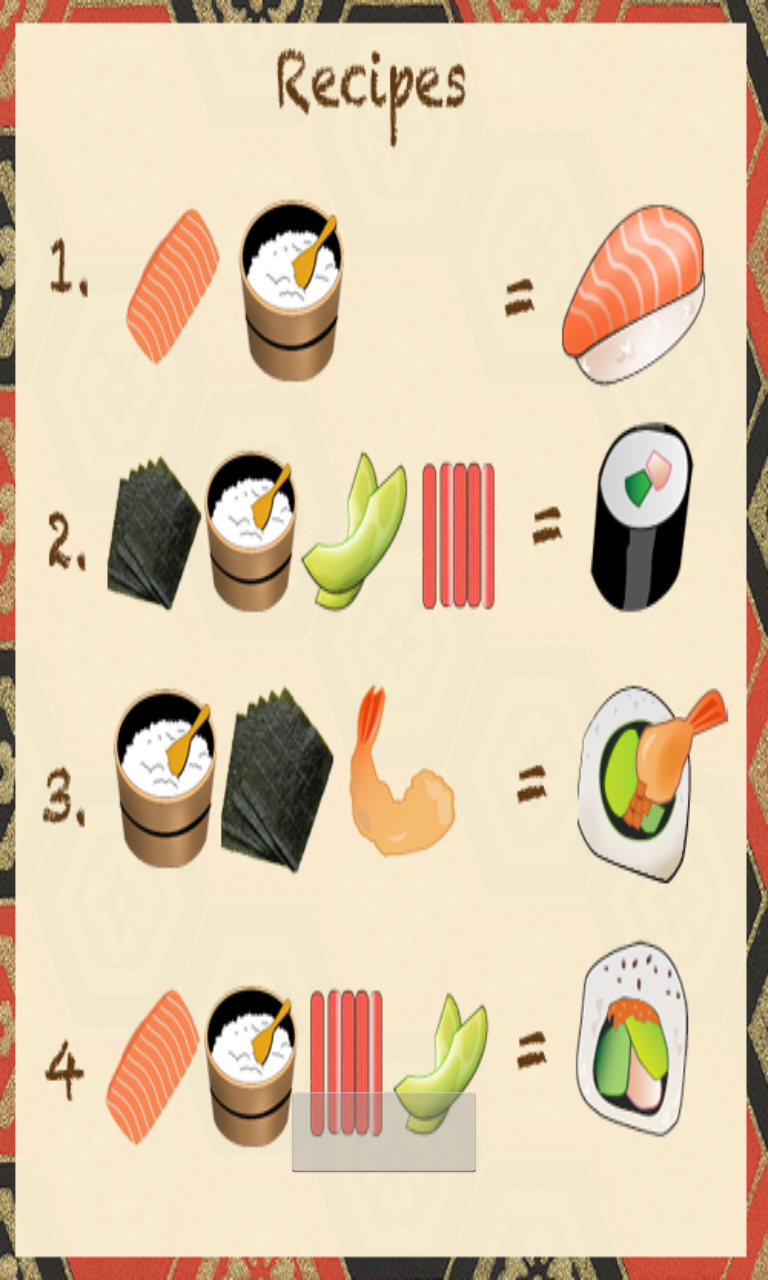
Repository: Kreispy/Sushi-Samurai
Layout: SushiNinja/res/layout/ingredientlists.xml
The author's editor kept a copy of each file at every save. The layout is drawn from the files as they stood at one save, then again after the next save.
It is drawn on a 768 x 1280 px phone screen (xhdpi) without system bars, with theme AppTheme; the app's code is not run.

Above is the layout before, as saved 2013-04-27 11:34:12.

### SushiNinja/res/layout/ingredientlists.xml
<?xml version="1.0" encoding="utf-8"?>
<RelativeLayout xmlns:android="http://schemas.android.com/apk/res/android"
    android:layout_width="500dp"
    android:layout_height="500dp"
    android:background="@drawable/recipeslist" >

     <Button
         android:id="@+id/understood"
         android:layout_width="100dp"
         android:layout_height="wrap_content"
         android:layout_centerHorizontal="true"
     	 android:layout_alignParentBottom="true"
     	 android:layout_marginBottom="50dp"
          />

</RelativeLayout>

Loaded but not shown: SushiNinja/res/values/styles.xml (common file); SushiNinja/res/values-v11/styles.xml (common file); SushiNinja/res/values-v14/styles.xml (common file)

After the next save:
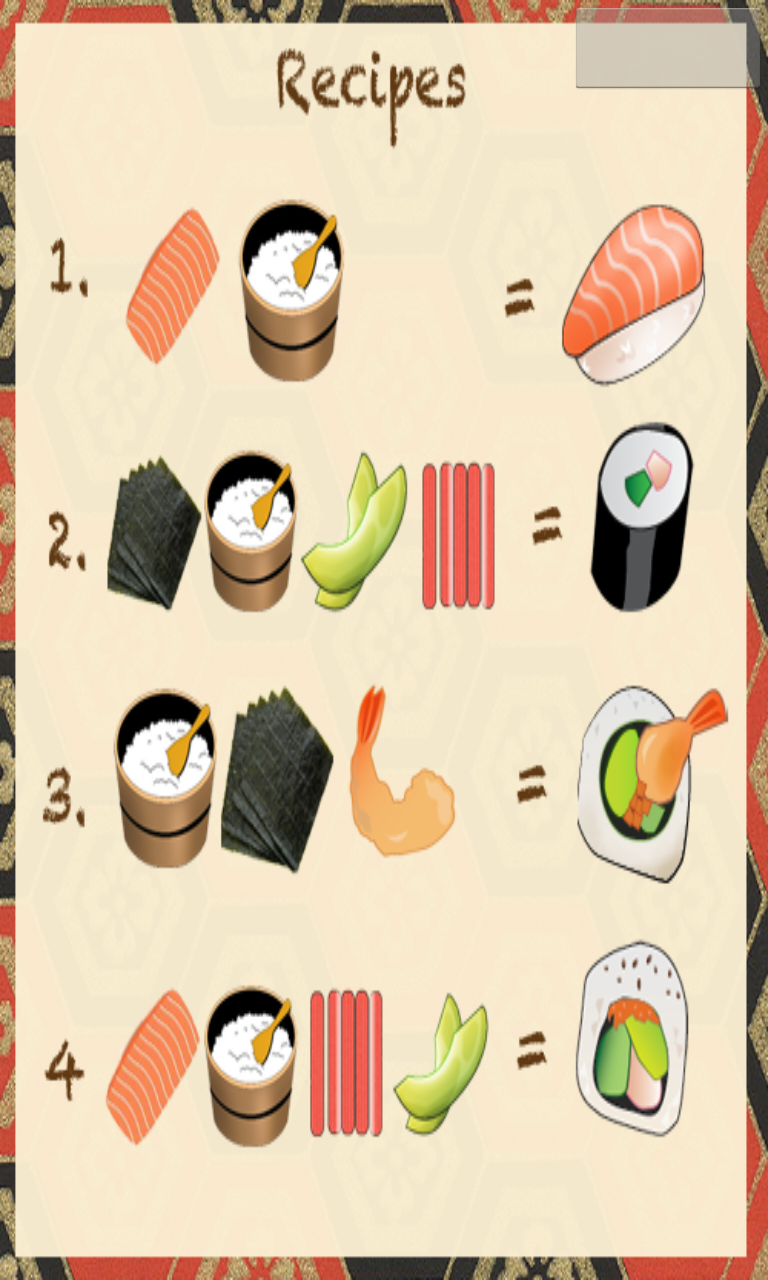
Saved 84 s later.
--- a/SushiNinja/res/layout/ingredientlists.xml
+++ b/SushiNinja/res/layout/ingredientlists.xml
@@ -9,7 +9,8 @@
          android:layout_width="100dp"
          android:layout_height="wrap_content"
          android:layout_centerHorizontal="true"
-     	 android:layout_alignParentBottom="true"
+     	 android:layout_alignParentTop="true"
+     	 android:layout_alignParentRight="true"
      	 android:layout_marginBottom="50dp"
           />
 
